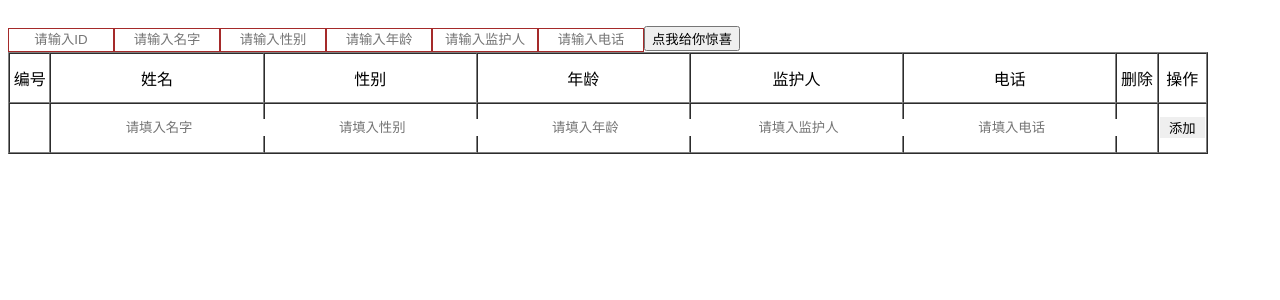
Repository: zhangweihang/management_system
Page: http://localhost/ItsTimeToShow/all
The author's editor kept a copy of each file at every save. The page is drawn from the files as they stood at one save, then again after the next save.
The browser window is 1280 px wide. The pictures show the whole page.
The page is served by Tomcat 9. Other server files are loaded and not shown. Queries for data that is not in the repository find no rows.

Above is the page before, as saved 2017-09-29 12:28:28.

### ItsTimeToShow/WebContent/all.jsp
<%@page import="java.util.ArrayList"%>
<%@page import="com.ihtc.manage_child.Child"%>
<%@ page language="java" contentType="text/html; charset=utf-8"
    pageEncoding="utf-8"%>
<%@taglib uri="http://java.sun.com/jsp/jstl/core" prefix="c"%>
<!DOCTYPE html PUBLIC "-//W3C//DTD HTML 4.01 Transitional//EN" "http://www.w3.org/TR/html4/loose.dtd">
<html>
<head>
<meta http-equiv="Content-Type" content="text/html; charset=utf-8">
<title>Insert title here</title>

<style>
	input{
		border:none;
		text-align: center;
		width:100%;
		height:100%;
	}
	#haha1{
		border:1px solid brown;
		text-align: center;
		width:100px;
		height:20px;
	}
	#haha2{
		border:1px solid red;
		text-align: center;
		width:50px;
		height:20px;
	}
	.red{
		background-color: red;
	}
	tr{
	height:50px;
	}
</style>

<script>

	function searc() {

		var trs = document.getElementsByTagName("tr");
		var str = document.getElementById("haha1").value;
		var fs = document.getElementsByClassName("first");
		for(var i = 1;i<trs.length-1;i++){

			if(fs[i-1].value == str){

				trs[i].setAttribute("class","red");

			}
			else{
				trs[i].setAttribute("class","");
			}

		}

	}

</script>

</head>
<body>

	<table border="1px" cellspacing="0" style="width:1200px;text-align:center;">

		<br/>
		<!-- <form action="search" method="get"> -->
			<input type="text" placeholder="请输入ID" id="haha1" />
			<input type="text" placeholder="请输入名字" id="haha1" />
			<input type="text" placeholder="请输入性别" id="haha1" />
			<input type="text" placeholder="请输入年龄" id="haha1" />
			<input type="text" placeholder="请输入监护人" id="haha1" />
			<input type="text" placeholder="请输入电话" id="haha1" />
			<button onclick=searc()>点我给你惊喜</button>
		<!-- </form> -->
		<br/>

		<tr>
			<td>编号</td>
			<td>姓名</td>
			<td>性别</td>
			<td>年龄</td>
			<td>监护人</td>
			<td>电话</td>
			<td>删除</td>
			<td>操作</td>
		</tr>

		<c:forEach items="${myList}" var="l">
			<form action="fup" method="get">
				<tr>
					<td><input type="text" value="${l.id}" name="fid"  class="first" /></td>
					<td><input type="text" value="${l.name}" name="fname" /></td>
					<td><input type="text" value="${l.sex}" name="fsex" /></td>
					<td><input type="text" value="${l.age}" name="fage" /></td>
					<td><input type="text" value="${l.parent.name}" name="f_name" /></td>
					<td><input type="text" value="${l.parent.tel}" name="ftel" /></td>
					<td><a href="dell?id=${l.id}" onclick="return confirm()">删除</a></td>
					<td><input type="submit" value="修改" /></td>
				</tr>
			</form>
		</c:forEach>

		<form action="fadd" method="get">
				<tr>
					<td></td>
					<td><input type="text" placeholder="请填入名字" name="faddname" /></td>
					<td><input type="text" placeholder="请填入性别" name="faddsex" /></td>
					<td><input type="text" placeholder="请填入年龄" name="faddage" /></td>
					<td><input type="text" placeholder="请填入监护人" name="fadd_name" /></td>
					<td><input type="text" placeholder="请填入电话" name="faddtel" /></td>
					<td></td>
					<td><input type="submit" value="添加" /></td>
				</tr>
		</form>

	</table>

</body>
</html>

### ItsTimeToShow/src/com/ihtc/manage_child/MyAll.java
package com.ihtc.manage_child;

import java.io.IOException;
import java.sql.SQLException;
import java.util.ArrayList;

import javax.servlet.ServletException;
import javax.servlet.http.HttpServlet;
import javax.servlet.http.HttpServletRequest;
import javax.servlet.http.HttpServletResponse;

public class MyAll extends HttpServlet{

	/**
	 *
	 */
	private static final long serialVersionUID = 1L;

	@Override
	protected void doGet(HttpServletRequest req, HttpServletResponse resp) throws ServletException, IOException {

		ArrayList<Child> children = null;
		try {
			children = new ChildDAO().findAll();
		} catch (SQLException e1) {

			e1.printStackTrace();
		}

		if(children != null && children.size()>0){

			req.getSession().setAttribute("myList", children);
			req.getRequestDispatcher("all.jsp").forward(req, resp);

		}
		else{
			req.getRequestDispatcher("all.jsp").forward(req, resp);
		}

	}

	@Override
	protected void doPost(HttpServletRequest req, HttpServletResponse resp) throws ServletException, IOException {
		super.doPost(req, resp);
	}

}

### ItsTimeToShow/src/com/ihtc/manage_child/MyDAO.java
package com.ihtc.manage_child;

import java.sql.SQLException;
import java.util.List;

public interface MyDAO<T,I> {

	boolean save(T entity) throws SQLException;
	boolean update(T entity) throws SQLException;
	boolean delete(I id) throws SQLException;
	T findById(I id) throws SQLException;
	List<T> findAll() throws SQLException;

}

### ItsTimeToShow/src/com/ihtc/manage_child/ChildDAO.java
package com.ihtc.manage_child;

import java.sql.Connection;
import java.sql.PreparedStatement;
import java.sql.ResultSet;
import java.sql.SQLException;
import java.sql.Statement;
import java.util.ArrayList;

public class ChildDAO implements MyDAO<Child,Integer>{

	private static final String SAVE = "insert into children values(null,?,?,?,?,?)";

	@Override
	public boolean save(Child entity) throws SQLException {

		if(entity.getName() == null || entity.getName().equals("") || entity.getParent() == null ||
				entity.getParent().getName() == null || entity.getParent().getName().equals("") ||
				entity.getParent().getTel() == null || entity.getParent().getTel().equals("")){

				return false;

		}

		Connection con = DBUtil.getCon();
		PreparedStatement psm = con.prepareStatement(SAVE,Statement.RETURN_GENERATED_KEYS);

		psm.setString(1, entity.getName());
		psm.setString(2, entity.getSex());
		psm.setInt(3, entity.getAge());
		psm.setString(4, entity.getParent().getName());
		psm.setString(5, entity.getParent().getTel());
		int times = psm.executeUpdate();

		if (psm != null) {
			psm.close();
		}

		DBUtil.close();

		if(times > 0){
			return true;
		}

		return false;

	}

	@Override
	public boolean update(Child entity) throws SQLException {

		if(entity.getName() == null || entity.getName().equals("") || entity.getParent() == null ||
				entity.getParent().getName() == null || entity.getParent().getName().equals("") ||
				entity.getParent().getTel() == null || entity.getParent().getTel().equals("")){

				return false;

		}

		Connection con = DBUtil.getCon();
		Statement smt = con.createStatement();

		int times = smt.executeUpdate("update children set name ='"+entity.getName()+
				"',sex='"+entity.getSex()+"',age="+entity.getAge()+",p_name='"+
				entity.getParent().getName()+"',tel='"+entity.getParent().getTel()+
				"' where id="+entity.getId());

		if(smt != null){
			smt.close();
		}

		DBUtil.close();

		if(times > 0){
			return true;
		}

		return false;

	}

	@Override
	public boolean delete(Integer id) throws SQLException {

		Connection con = DBUtil.getCon();
		Statement smt = con.createStatement();
		int times = smt.executeUpdate("delete from children where id = "+id);

		if(smt != null){
			smt.close();
		}
		DBUtil.close();

		if(times>0){
			return true;
		}

		return false;

	}

	@Override
	public Child findById(Integer id) throws SQLException {

		Connection con = DBUtil.getCon();
		Statement smt = con.createStatement();
		ResultSet rs = smt.executeQuery("select * from children where id = "+id);
		Child child = null;

		if(rs.next()){
			child = new Child(rs.getInt("id"),rs.getString("name"),rs.getString("sex"),
					rs.getInt("age"),new Parent(rs.getString("p_name"),rs.getString("tel")));

		}

		if(smt != null){
			smt.close();
		}
		DBUtil.close();

		return child;

	}

	@Override
	public ArrayList<Child> findAll() throws SQLException {

		Connection con = DBUtil.getCon();
		Statement smt = con.createStatement();
		ResultSet rs = smt.executeQuery("select * from children");
		ArrayList<Child> children = new ArrayList<>();
		Child child = null;

		while(rs.next()){

			child = new Child(rs.getInt("id"),rs.getString("name"),rs.getString("sex"),
					rs.getInt("age"),new Parent(rs.getString("p_name"),rs.getString("tel")));
			children.add(child);

		}

		if(smt != null){
			smt.close();
		}
		DBUtil.close();
		return children;

	}

}

### ItsTimeToShow/src/com/ihtc/manage_child/DBUtil.java
package com.ihtc.manage_child;

import java.sql.Connection;
import java.sql.DriverManager;
import java.sql.SQLException;

public class DBUtil {

	private static Connection con = null;

	public static Connection getCon(){

		try {

			Class.forName("com.mysql.jdbc.Driver");
			con = DriverManager.getConnection("jdbc:mysql://localhost:3306/child","root","123456");

		} catch (ClassNotFoundException | SQLException e) {
			e.printStackTrace();
		}

		return con;

	}

	public static void close(){

		if(con != null){
			try {
				con.close();
			} catch (SQLException e) {
				e.printStackTrace();
			}
		}

	}

}

After the next save:
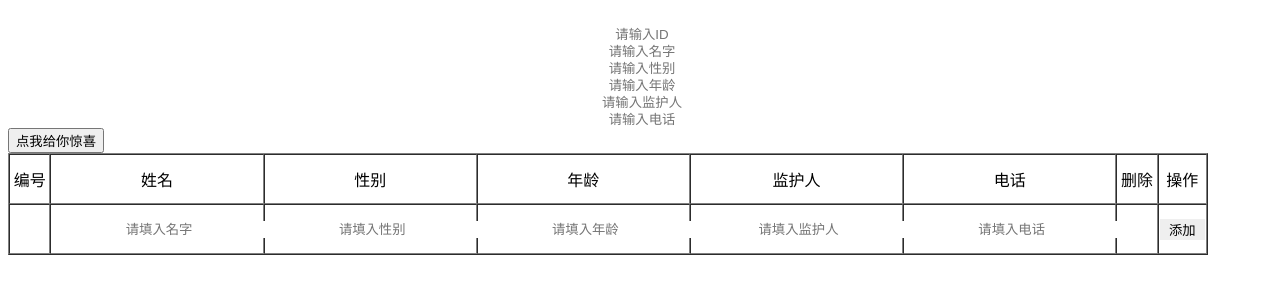
Saved 3 min 51 s later.
--- a/ItsTimeToShow/WebContent/all.jsp
+++ b/ItsTimeToShow/WebContent/all.jsp
@@ -67,12 +67,12 @@
 
 		<br/>
 		<!-- <form action="search" method="get"> -->
-			<input type="text" placeholder="请输入ID" id="haha1" />
-			<input type="text" placeholder="请输入名字" id="haha1" />
-			<input type="text" placeholder="请输入性别" id="haha1" />
-			<input type="text" placeholder="请输入年龄" id="haha1" />
-			<input type="text" placeholder="请输入监护人" id="haha1" />
-			<input type="text" placeholder="请输入电话" id="haha1" />
+			<input type="text" placeholder="请输入ID" class="haha1" />
+			<input type="text" placeholder="请输入名字" class="haha1" />
+			<input type="text" placeholder="请输入性别" class="haha1" />
+			<input type="text" placeholder="请输入年龄" class="haha1" />
+			<input type="text" placeholder="请输入监护人" class="haha1" />
+			<input type="text" placeholder="请输入电话" class="haha1" />
 			<button onclick=searc()>点我给你惊喜</button>
 		<!-- </form> -->
 		<br/>
